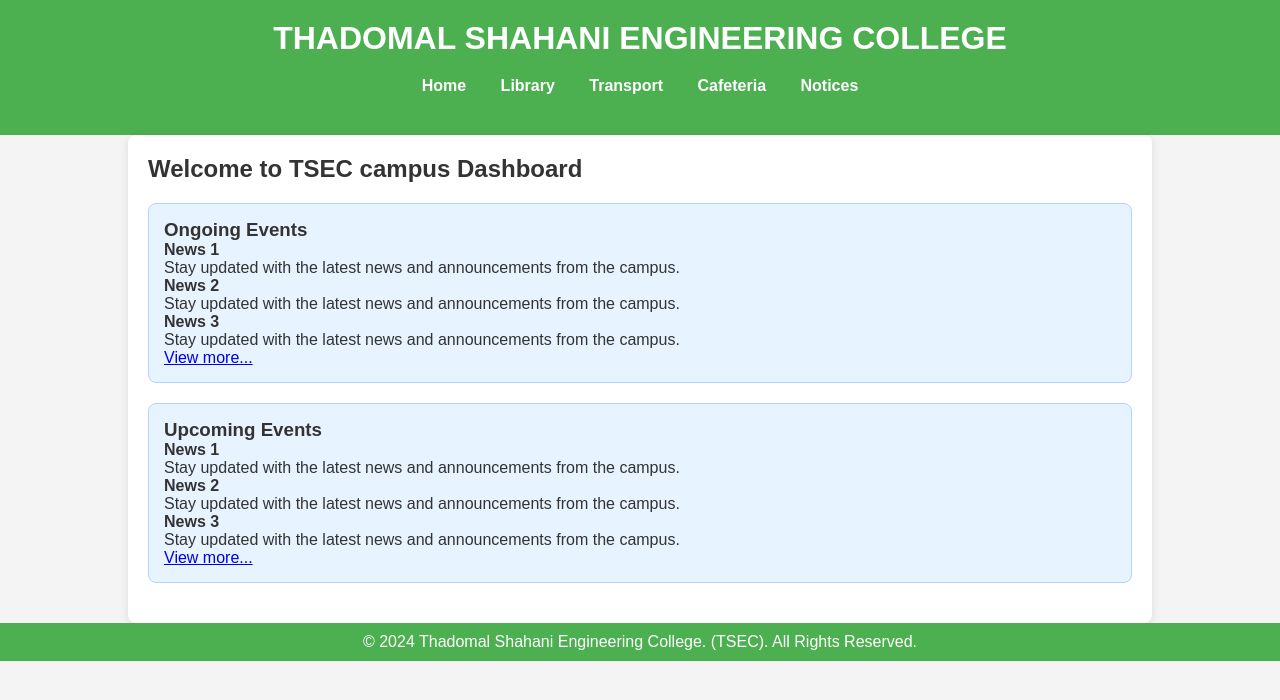
Repository: TejasS1233/MINITHON-hackathon-project
Page: Omar.html
These files come from the project's save history. The page is drawn as it stood at one moment and after the next save; the edit follows.
The browser window is 1280 px wide. The pictures show the whole page.

Above is the page before, as saved 2024-09-20 09:28:41.

After the next save:
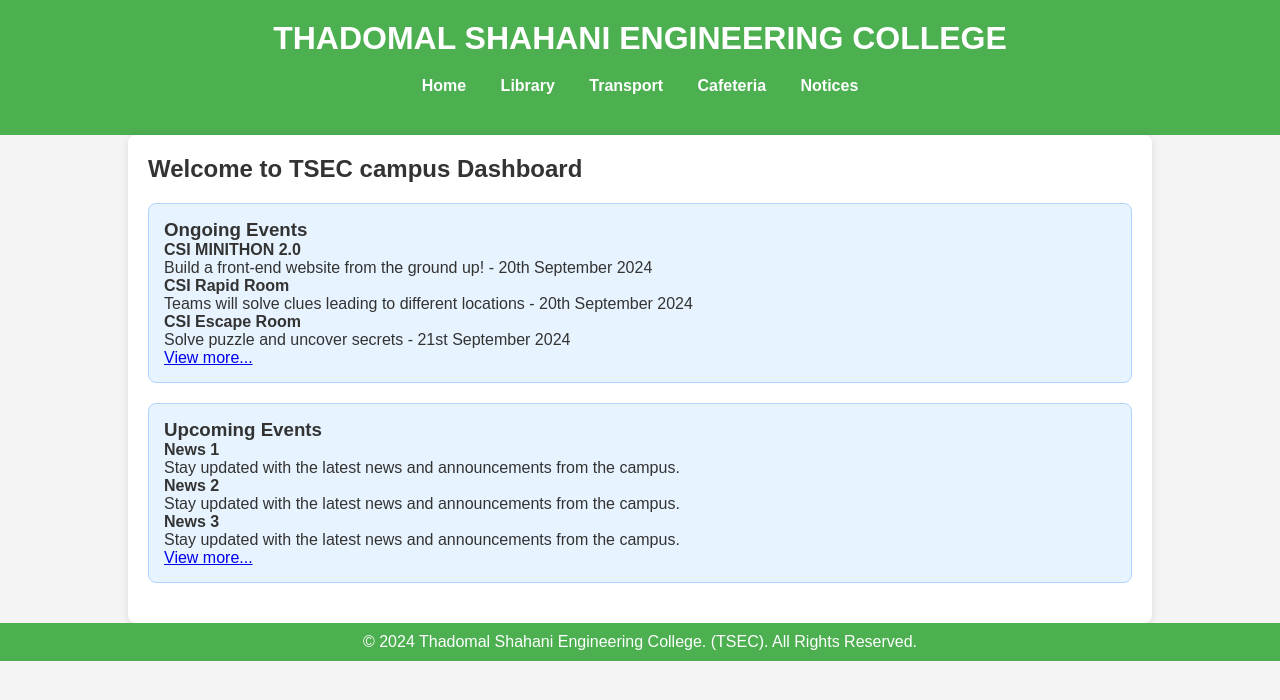
Saved 6 s later.
--- a/Omar.html
+++ b/Omar.html
@@ -4,6 +4,7 @@
     <meta charset="UTF-8">
     <meta name="viewport" content="width=device-width, initial-scale=1.0">
     <title>HOME | TSEC</title>
+    <link rel="icon" href="favicon.ico" type="image/x-icon">
     <link rel="stylesheet" href="styles.css">
     <style>
         body {
@@ -71,12 +72,12 @@
 
     <div class="card">
         <h3>Ongoing Events</h3>
-        <h4>News 1</h4>
-        <p>Stay updated with the latest news and announcements from the campus.</p>
-        <h4>News 2</h4>
-        <p>Stay updated with the latest news and announcements from the campus.</p>
-        <h4>News 3</h4>
-        <p>Stay updated with the latest news and announcements from the campus.</p>
+        <h4>CSI MINITHON 2.0</h4>
+        <p>Build a front-end website from the ground up! - 20th September 2024</p>
+        <h4>CSI Rapid Room</h4>
+        <p>Teams will solve clues leading to different locations - 20th September 2024</p>
+        <h4>CSI Escape Room</h4>
+        <p>Solve puzzle and uncover secrets - 21st September 2024</p>
         <a href="#">View more...</a>
     </div>
 
